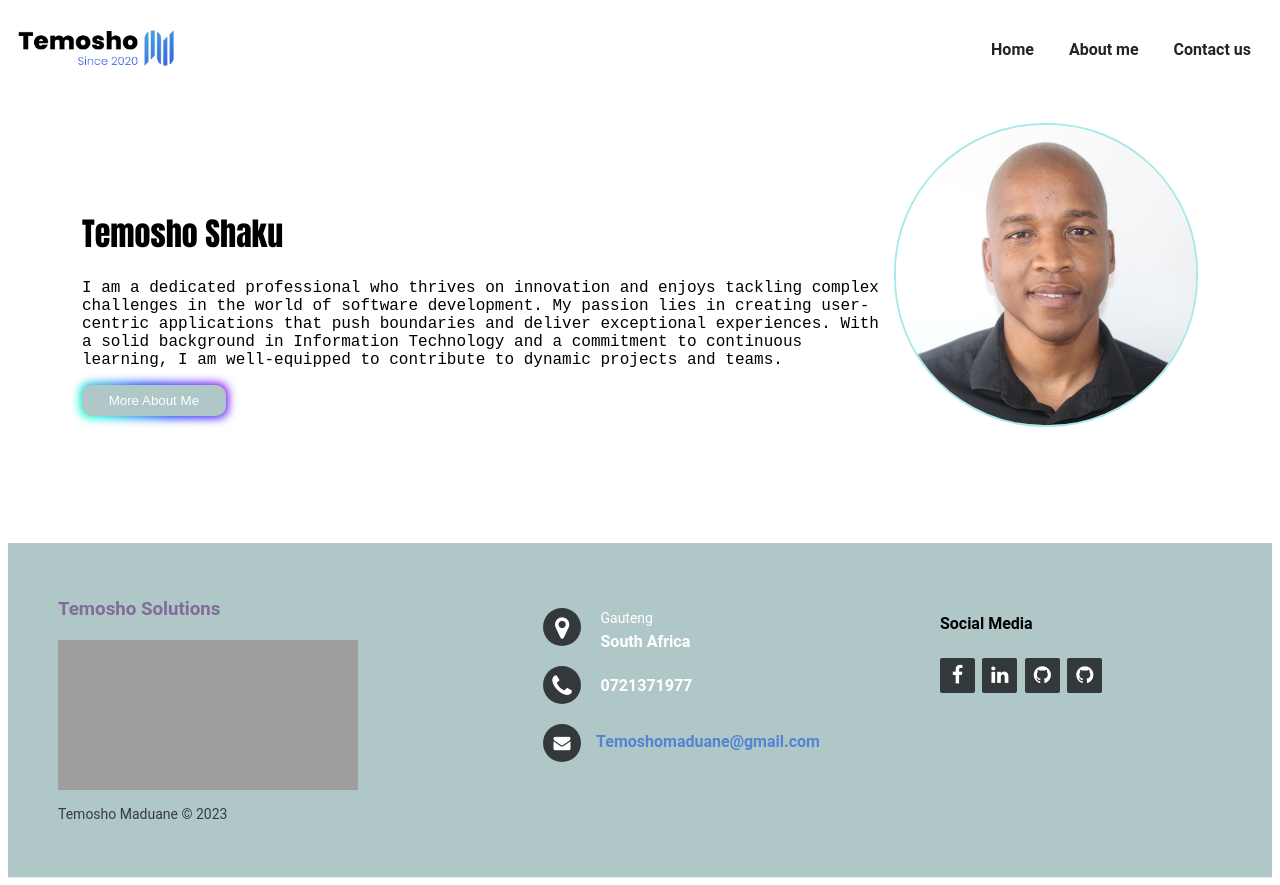
Repository: TemoshoS/T-Shaku
Page: index.html
An editor plug-in stored every save of this project. The page is shown before and after the next save, followed by the edit.
The browser window is 1280 px wide. The pictures show the whole page.
Pictures or frames that could not be fetched are drawn as grey boxes. Some web libraries are served in a nearby version.

Above is the page before, as saved 2023-09-28 14:57:38.

After the next save:
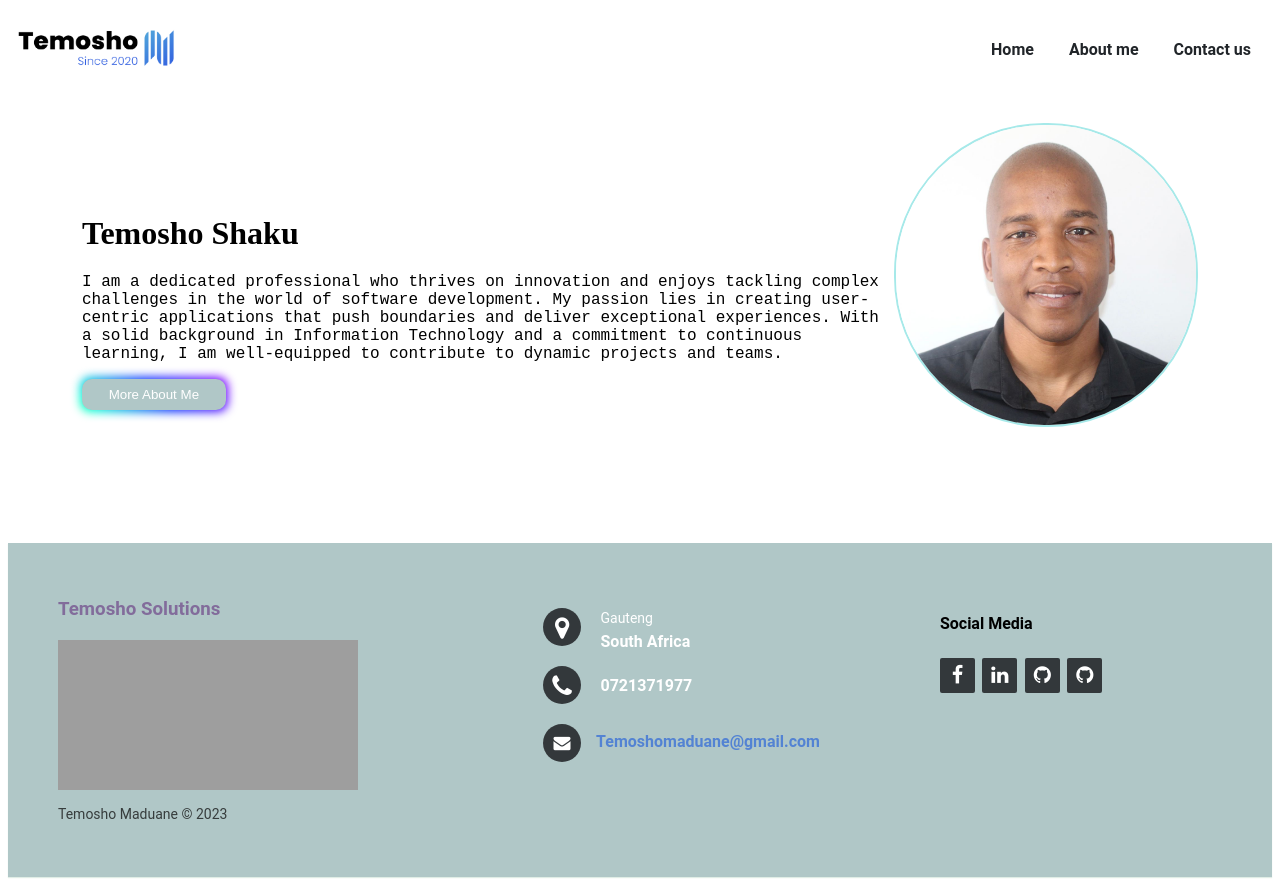
Saved 30 s later.
--- a/css/style.css
+++ b/css/style.css
@@ -44,7 +44,7 @@ input {
 /* Add this to your style.css file */
 
 .name{
-font-family:Impact, Haettenschweiler, 'Arial Narrow Bold', sans-serif;
+font-family:Apple Chancery, cursive;
 }
 
 .description{
